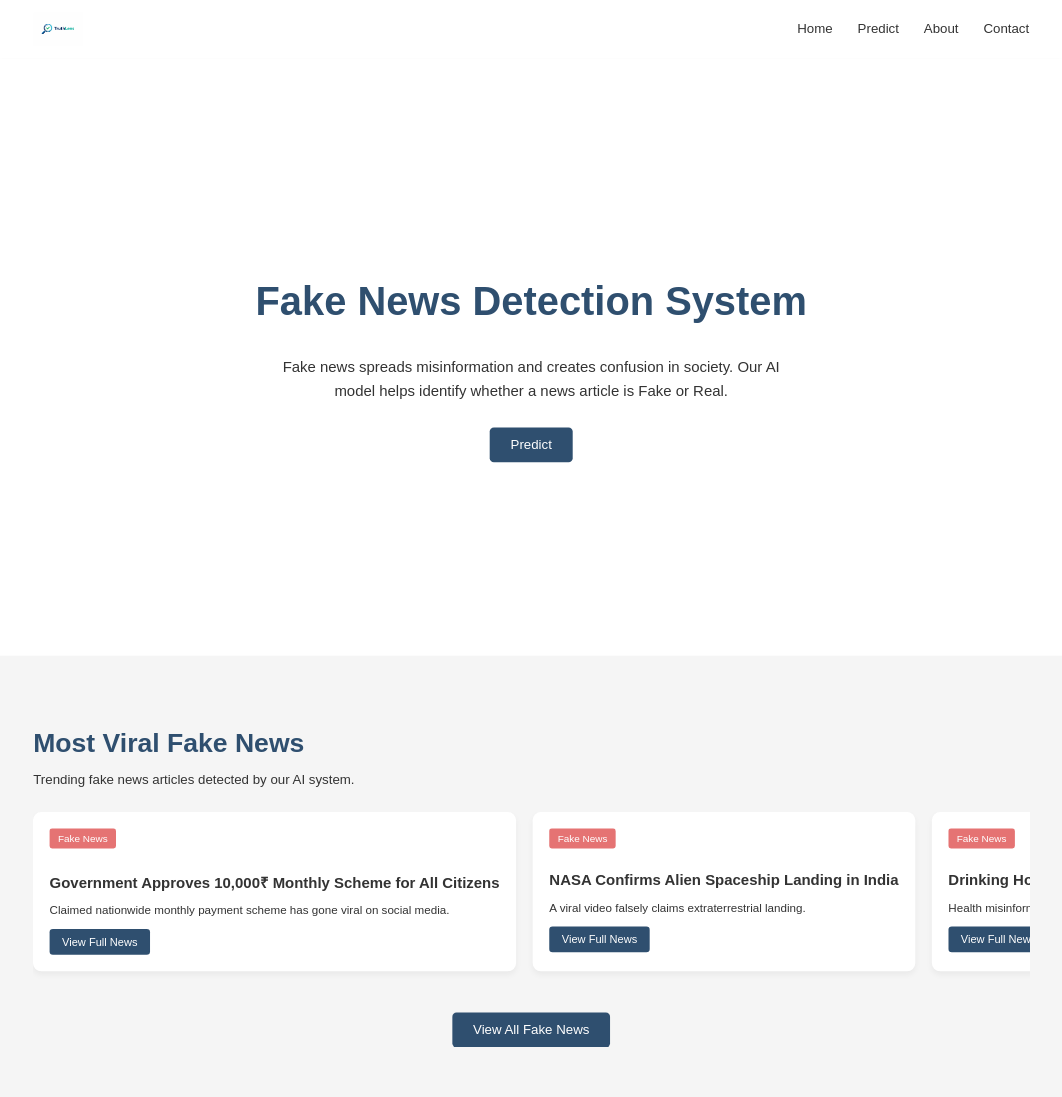
Repository: asadpathan2002-bot/Sprint1
Page: frontend/home.html
The author's editor kept a copy of each file at every save. The page is drawn from the files as they stood at one save, then again after the next save.
The browser window is 1280 px wide. The pictures show the whole page, at 83% of full size.

Above is the page before, as saved 2026-02-22 23:09:30.

### frontend/home.html
<!DOCTYPE html>
<html lang="en">
<head>
<meta charset="UTF-8">
<meta name="viewport" content="width=device-width, initial-scale=1.0">
<title>Fake News Detection System</title>
<style>

/* Navbar */

.navbar {
    display: flex;
    justify-content: space-between;
    align-items: center;
    padding: 15px 50px;
    background-color: #f5f5f5; /* Pale Gray */
}

.logo-container {
    display: flex;
    align-items: center;
}

.logo {
    height: 40px;
    margin-right: 10px;
}

.logo-text {
    font-size: 20px;
    font-weight: bold;
    color: #2f4f6f; /* Dusty Blue */
}

.nav-links {
    list-style: none;
    display: flex;
    gap: 25px;
}

.nav-links a {
    text-decoration: none;
    color: #2f4f6f;
    font-weight: 500;
}

.navbar {
    background-color: #FFFFFF;
    padding: 15px 40px;
    display: flex;
    justify-content: space-between;
    align-items: center;
    box-shadow: 0 2px 5px rgba(0,0,0,0.05);
}

.logo {
    font-size: 20px;
    font-weight: bold;
    color: #2F4F6F;
}

.nav-links {
    list-style: none;
    display: flex;
    gap: 30px;
    margin: 0;
    padding: 0;
}

.nav-links li a {
    text-decoration: none;
    color: #333;
    font-weight: 500;
}

.nav-links li a:hover {
    color: #2F4F6F;
}


* {
    box-sizing: border-box;
}

body {
    margin: 0;
    font-family: Arial, sans-serif;
    background-color: #F5F5F5; /* Pale Gray */
    color: #333;
}

/* Hero Section */
.hero {
    min-height: 100vh;
    background-color: #FFFFFF; /* Off White */
    display: flex;
    flex-direction: column;
    justify-content: center;
    align-items: center;
    text-align: center;
    padding: 40px 20px;
}

.hero h1 {
    font-size: 48px;
    margin-bottom: 20px;
    color: #2F4F6F; /* Dusty Blue */
}

.hero p {
    max-width: 600px;
    font-size: 18px;
    margin-bottom: 30px;
    line-height: 1.6;
}

.hero button {
    padding: 12px 25px;
    font-size: 16px;
    border: none;
    background-color: #2F4F6F;
    color: white;
    border-radius: 5px;
    cursor: pointer;
}

.hero button:hover {
    background-color: #1f3a50;
}

/* Section */
.section {
    padding: 60px 40px;
}

.section h2 {
    font-size: 32px;
    margin-bottom: 10px;
    color: #2F4F6F;
}

.section p {
    margin-bottom: 30px;
}

/* Horizontal Scroll */
.card-container {
    display: flex;
    gap: 20px;
    overflow-x: auto;
    scroll-behavior: smooth;
    padding-bottom: 10px;
}

.card-container::-webkit-scrollbar {
    display: none;
}

/* Card */
.card {
    min-width: 300px;
    background: #FFFFFF;
    border-radius: 10px;
    padding: 20px;
    box-shadow: 0 4px 8px rgba(0,0,0,0.05);
    flex-shrink: 0;
}

.tag {
    background-color: #E57373;
    color: white;
    padding: 5px 10px;
    border-radius: 3px;
    font-size: 12px;
    display: inline-block;
    margin-bottom: 10px;
}

.card h3 {
    font-size: 18px;
    margin-bottom: 10px;
}

.card p {
    font-size: 14px;
    margin-bottom: 15px;
}

.card button {
    background-color: #2F4F6F;
    color: white;
    border: none;
    padding: 8px 15px;
    border-radius: 4px;
    cursor: pointer;
}

.view-all {
    margin-top: 40px;
    text-align: center;
}

.view-all button {
    padding: 12px 25px;
    font-size: 16px;
    border: none;
    background-color: #2F4F6F;
    color: white;
    border-radius: 5px;
    cursor: pointer;
}

/* ===================== */
/* RESPONSIVE DESIGN */
/* ===================== */

/* Tablets */
@media (max-width: 1024px) {
    .hero h1 {
        font-size: 36px;
    }

    .hero p {
        font-size: 16px;
    }

    .section {
        padding: 50px 25px;
    }
}

/* Mobile */
@media (max-width: 768px) {

    .hero {
        padding: 60px 15px;
    }

    .hero h1 {
        font-size: 28px;
    }

    .hero p {
        font-size: 15px;
    }

    .section {
        padding: 40px 15px;
    }

    .section h2 {
        font-size: 24px;
    }

    .card {
        min-width: 250px;
        padding: 15px;
    }

    .card h3 {
        font-size: 16px;
    }

    .card p {
        font-size: 13px;
    }

    .hero button,
    .view-all button {
        width: 100%;
        max-width: 250px;
    }
}

/* Small Mobile */
@media (max-width: 480px) {
    .hero h1 {
        font-size: 22px;
    }

    .hero p {
        font-size: 14px;
    }

    .card {
        min-width: 220px;
    }
}

</style>
</head>

<body>

<!-- Navigation Bar -->
<nav class="navbar">
    <img src="logo.png" alt="TruthLens Logo" class="logo">

    <ul class="nav-links">
        <li><a href="index.html">Home</a></li>
        <li><a href="predict.html">Predict</a></li>
        <li><a href="about.html">About</a></li>
        <li><a href="contact.html">Contact</a></li>
    </ul>
</nav>

<!-- Hero Section -->
<div class="hero">
    <h1>Fake News Detection System</h1>
    <p>
        Fake news spreads misinformation and creates confusion in society.
        Our AI model helps identify whether a news article is Fake or Real.
    </p>
    <button onclick="window.location.href='predict.html'">
        Predict
    </button>
</div>

<!-- Most Viral Fake News Section -->
<div class="section">
    <h2>Most Viral Fake News</h2>
    <p>Trending fake news articles detected by our AI system.</p>

    <div class="card-container">

        <div class="card">
            <span class="tag">Fake News</span>
            <h3>Government Approves 10,000₹ Monthly Scheme for All Citizens</h3>
            <p>Claimed nationwide monthly payment scheme has gone viral on social media.</p>
            <button>View Full News</button>
        </div>

        <div class="card">
            <span class="tag">Fake News</span>
            <h3>NASA Confirms Alien Spaceship Landing in India</h3>
            <p>A viral video falsely claims extraterrestrial landing.</p>
            <button>View Full News</button>
        </div>

        <div class="card">
            <span class="tag">Fake News</span>
            <h3>Drinking Hot Water Cures All Diseases</h3>
            <p>Health misinformation spreading rapidly online.</p>
            <button>View Full News</button>
        </div>

        <div class="card">
            <span class="tag">Fake News</span>
            <h3>Bank Accounts Will Close If KYC Not Done Today</h3>
            <p>Fraud message circulating via WhatsApp groups.</p>
            <button>View Full News</button>
        </div>

        <div class="card">
            <span class="tag">Fake News</span>
            <h3>Free Laptops for All Students Announced</h3>
            <p>Fake government circular being shared online.</p>
            <button>View Full News</button>
        </div>

    </div>

    <div class="view-all">
        <button onclick="window.location.href='fake-news.html'">
            View All Fake News
        </button>
    </div>

</div>

</body>
</html>

After the next save:
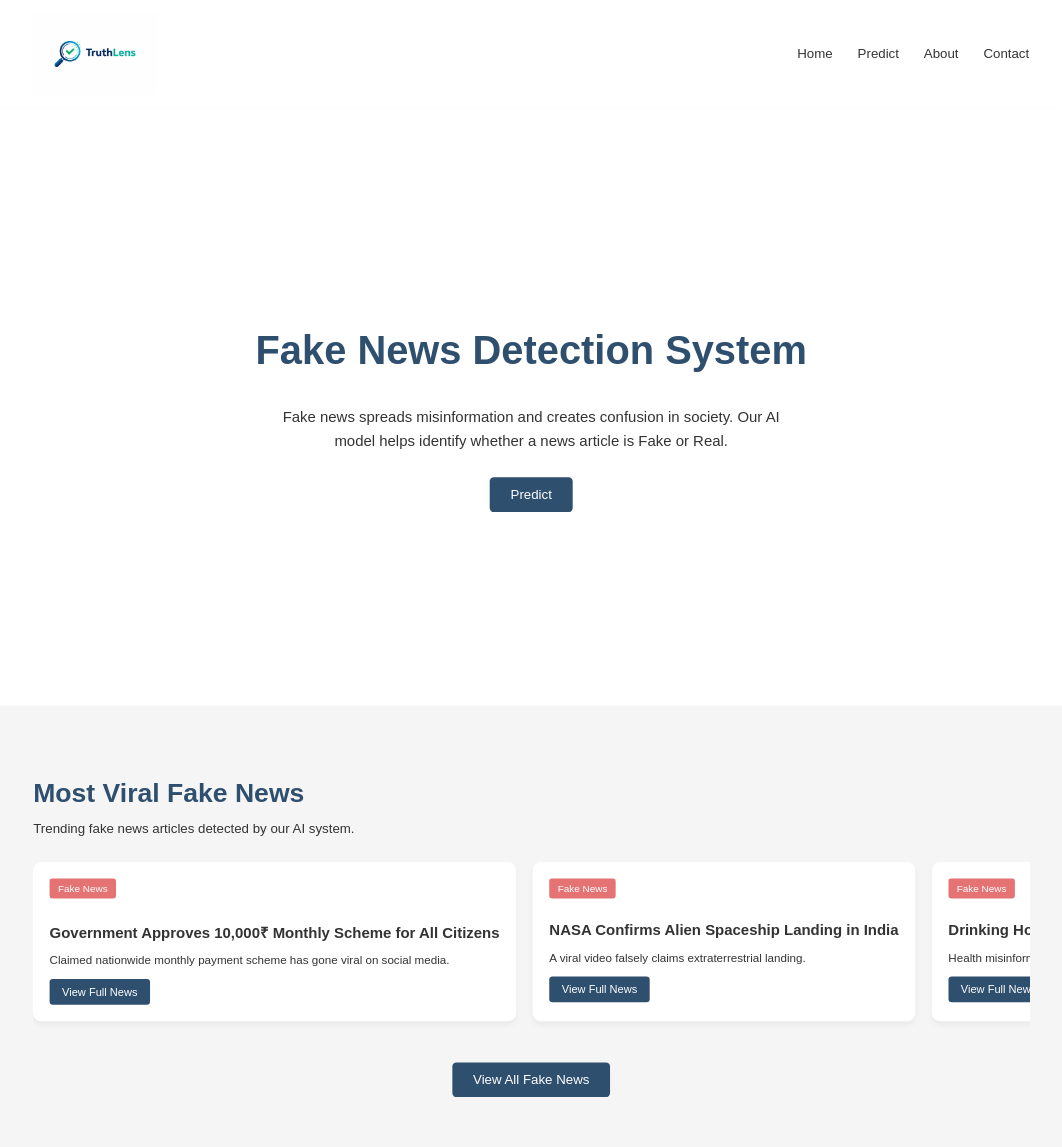
Saved 35 s later.
--- a/frontend/home.html
+++ b/frontend/home.html
@@ -22,7 +22,7 @@
 }
 
 .logo {
-    height: 40px;
+    height: 100px;
     margin-right: 10px;
 }
 
